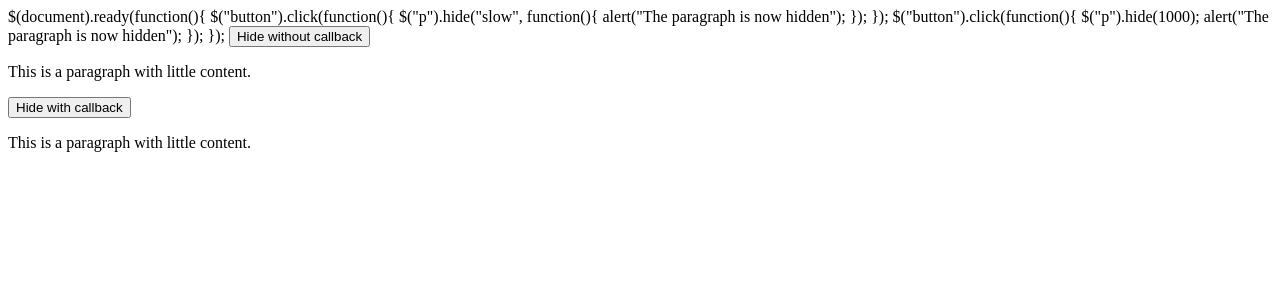
Repository: sudheerj/jQuery
Page: jQueryExamples/chapter04/Callback.html
An editor plug-in stored every save of this project. The page is shown before and after the next save, followed by the edit.
The browser window is 1280 px wide. The pictures show the whole page.

Above is the page before, as saved 2016-10-20 18:08:46.

### jQueryExamples/chapter04/Callback.html
<!DOCTYPE html>
<head>
	<title>jQuery Show/Hide example</title>
	<script type="text/javascript" src="..\jquery\jquery-3.1.1.min.js"></script>
	$(document).ready(function(){
    $("button").click(function(){
        $("p").hide("slow", function(){
            alert("The paragraph is now hidden");
        });
    });

    $("button").click(function(){
        $("p").hide(1000);
        alert("The paragraph is now hidden");
    });
});
</script>
</head>
<body>

<button id="button1">Hide without callback</button>

<p id="p1">This is a paragraph with little content.</p>


<button id="button2">Hide with callback</button>

<p id="p2">This is a paragraph with little content.</p>



</body>
</html>

Loaded but not shown: jQueryExamples/jquery/jquery-3.1.1.min.js (library)

After the next save:
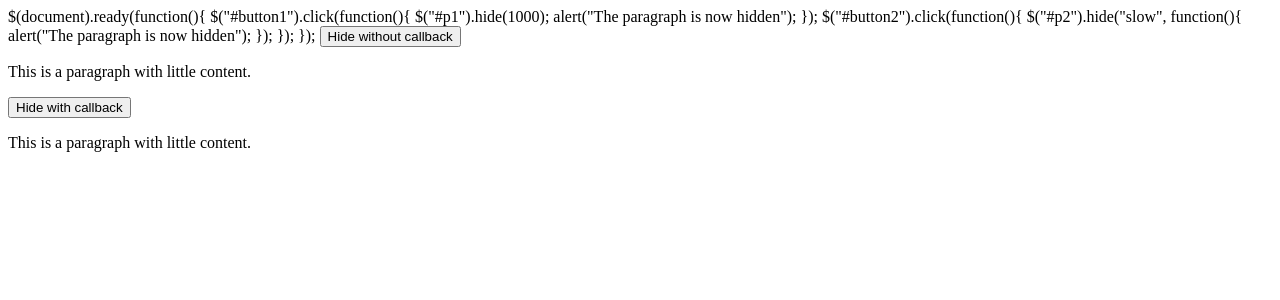
Saved 36 s later.
--- a/jQueryExamples/chapter04/Callback.html
+++ b/jQueryExamples/chapter04/Callback.html
@@ -3,16 +3,17 @@
 	<title>jQuery Show/Hide example</title>
 	<script type="text/javascript" src="..\jquery\jquery-3.1.1.min.js"></script>
 	$(document).ready(function(){
-    $("button").click(function(){
-        $("p").hide("slow", function(){
+	$("#button1").click(function(){
+        $("#p1").hide(1000);
+        alert("The paragraph is now hidden");
+    });
+
+    $("#button2").click(function(){
+        $("#p2").hide("slow", function(){
             alert("The paragraph is now hidden");
         });
     });
 
-    $("button").click(function(){
-        $("p").hide(1000);
-        alert("The paragraph is now hidden");
-    });
 });
 </script>
 </head>
